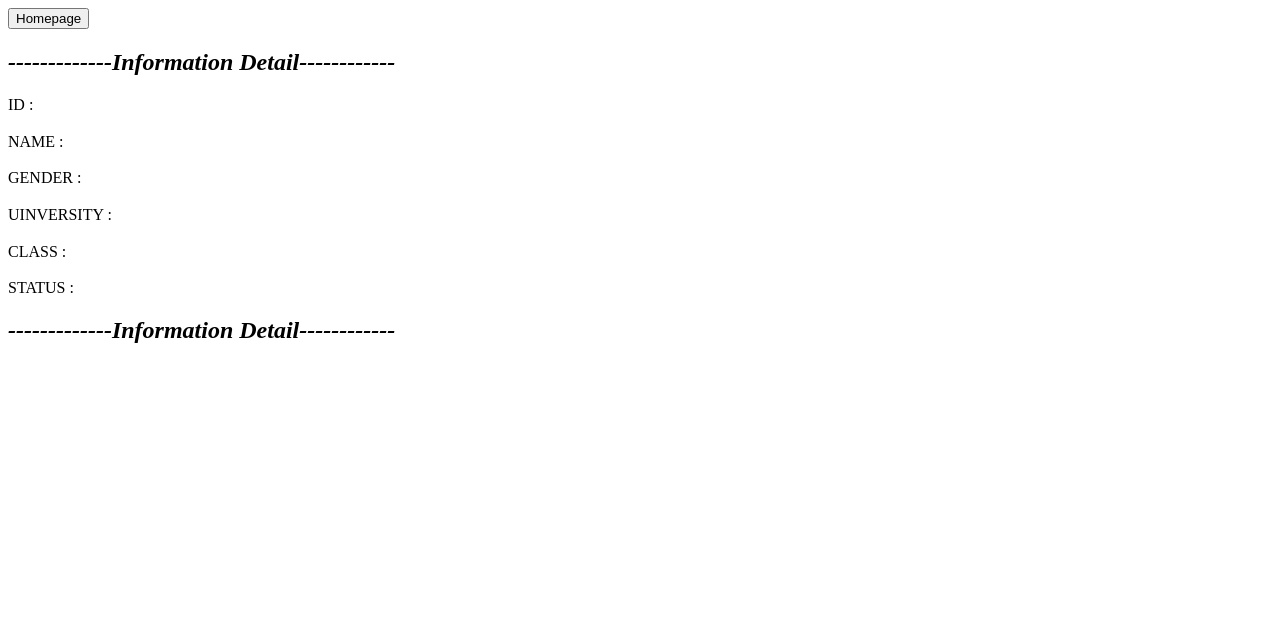
Repository: kepisal/ServletJAVA
Page: AjaxStaffandStudent/WebContent/pages/viewdetails.html
An editor plug-in stored every save of this project. The page is shown before and after the next save, followed by the edit.
The browser window is 1280 px wide. The pictures show the whole page.

Above is the page before, as saved 2015-07-10 15:38:13.

### AjaxStaffandStudent/WebContent/pages/viewdetails.html
<!DOCTYPE html>
<html>
<head>
<meta charset="ISO-8859-1">
<title>Insert title here</title>
</head>
<body>
	<div>
		<button id="btnhomepage">Homepage</button>
	</div>
	<div>
		<i><h2>-------------Information Detail------------</h2></i>
		<label>ID         :</label><h3 id="stuid"></h3>
		<label>NAME       :</label><h3 id="stuname"></h3>
		<label>GENDER     :</label><h3 id="stugender"></h3>
		<label>UINVERSITY :</label><h3 id="stuuniversity"></h3>
		<label>CLASS      :</label><h3 id="stuclass"></h3>
		<label>STATUS     :</label><h3 id="stustatus"></h3>
		<i><h2>-------------Information Detail------------</h2></i>
	</div>
</body>
</html>

After the next save:
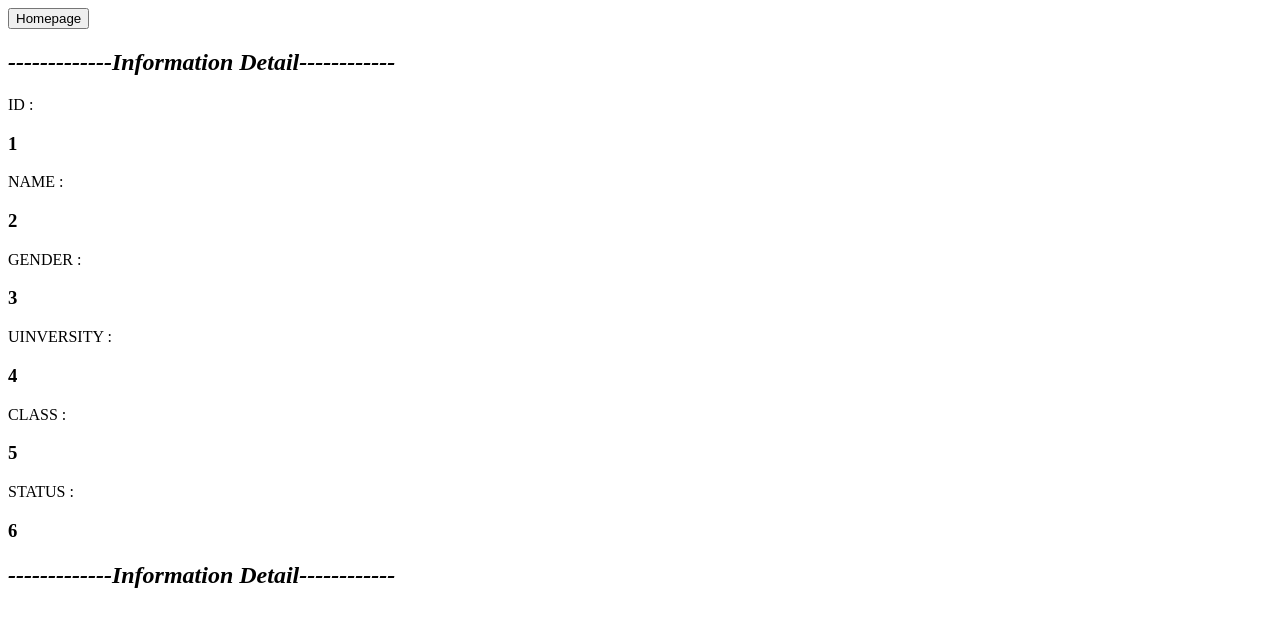
Saved 12 s later.
--- a/AjaxStaffandStudent/WebContent/pages/viewdetails.html
+++ b/AjaxStaffandStudent/WebContent/pages/viewdetails.html
@@ -10,12 +10,12 @@
 	</div>
 	<div>
 		<i><h2>-------------Information Detail------------</h2></i>
-		<label>ID         :</label><h3 id="stuid"></h3>
-		<label>NAME       :</label><h3 id="stuname"></h3>
-		<label>GENDER     :</label><h3 id="stugender"></h3>
-		<label>UINVERSITY :</label><h3 id="stuuniversity"></h3>
-		<label>CLASS      :</label><h3 id="stuclass"></h3>
-		<label>STATUS     :</label><h3 id="stustatus"></h3>
+		<label>ID         :</label><h3 id="stuid">1</h3>
+		<label>NAME       :</label><h3 id="stuname">2</h3>
+		<label>GENDER     :</label><h3 id="stugender">3</h3>
+		<label>UINVERSITY :</label><h3 id="stuuniversity">4</h3>
+		<label>CLASS      :</label><h3 id="stuclass">5</h3>
+		<label>STATUS     :</label><h3 id="stustatus">6</h3>
 		<i><h2>-------------Information Detail------------</h2></i>
 	</div>
 </body>
